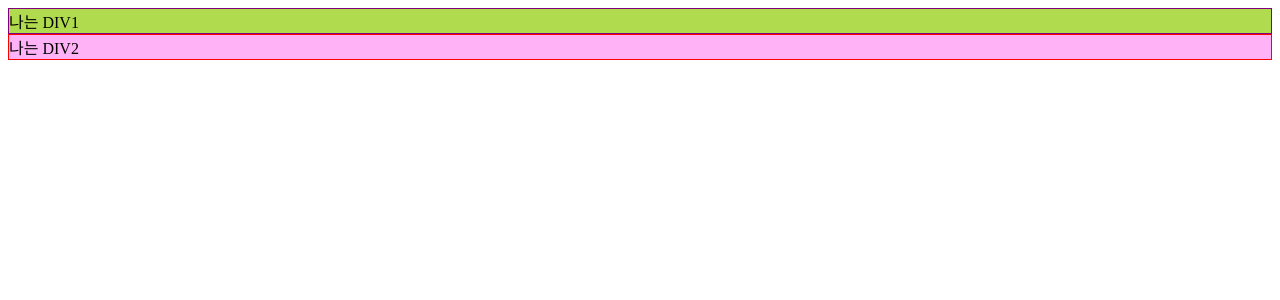
Repository: gold37/JAVA_HOME
Page: myjsp/myjsp/HTML5/WebContent/ch01_cssOrder/cssOrder.html
An editor plug-in stored every save of this project. The page is shown before and after the next save, followed by the edit.
The browser window is 1280 px wide. The pictures show the whole page.

Above is the page before, as saved 2020-04-22 03:45:02.

After the next save:
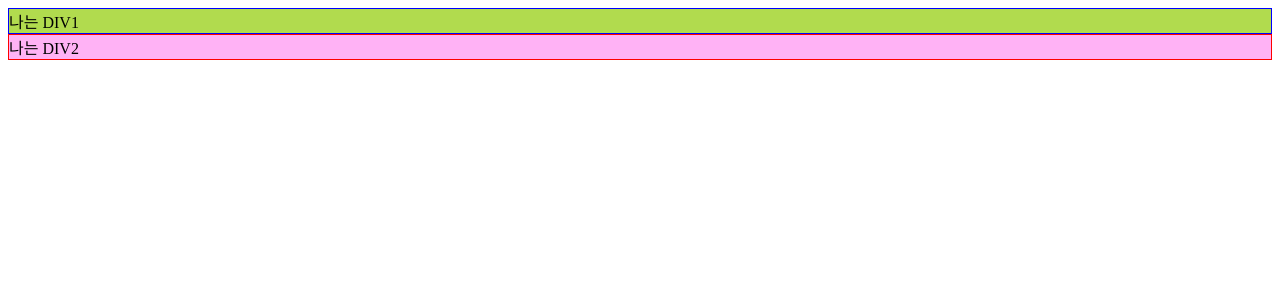
Saved 18 s later.
--- a/myjsp/myjsp/HTML5/WebContent/ch01_cssOrder/cssOrder.html
+++ b/myjsp/myjsp/HTML5/WebContent/ch01_cssOrder/cssOrder.html
@@ -34,7 +34,7 @@
 <body>
 
 
-<div style="border: solid 1px purple; background-color: #B1DB4E;">나는 DIV1</div>
+<div ">나는 DIV1</div>
 <div style="border: solid 1px red; background-color: #FFB2F5;">나는 DIV2</div>
 
 
